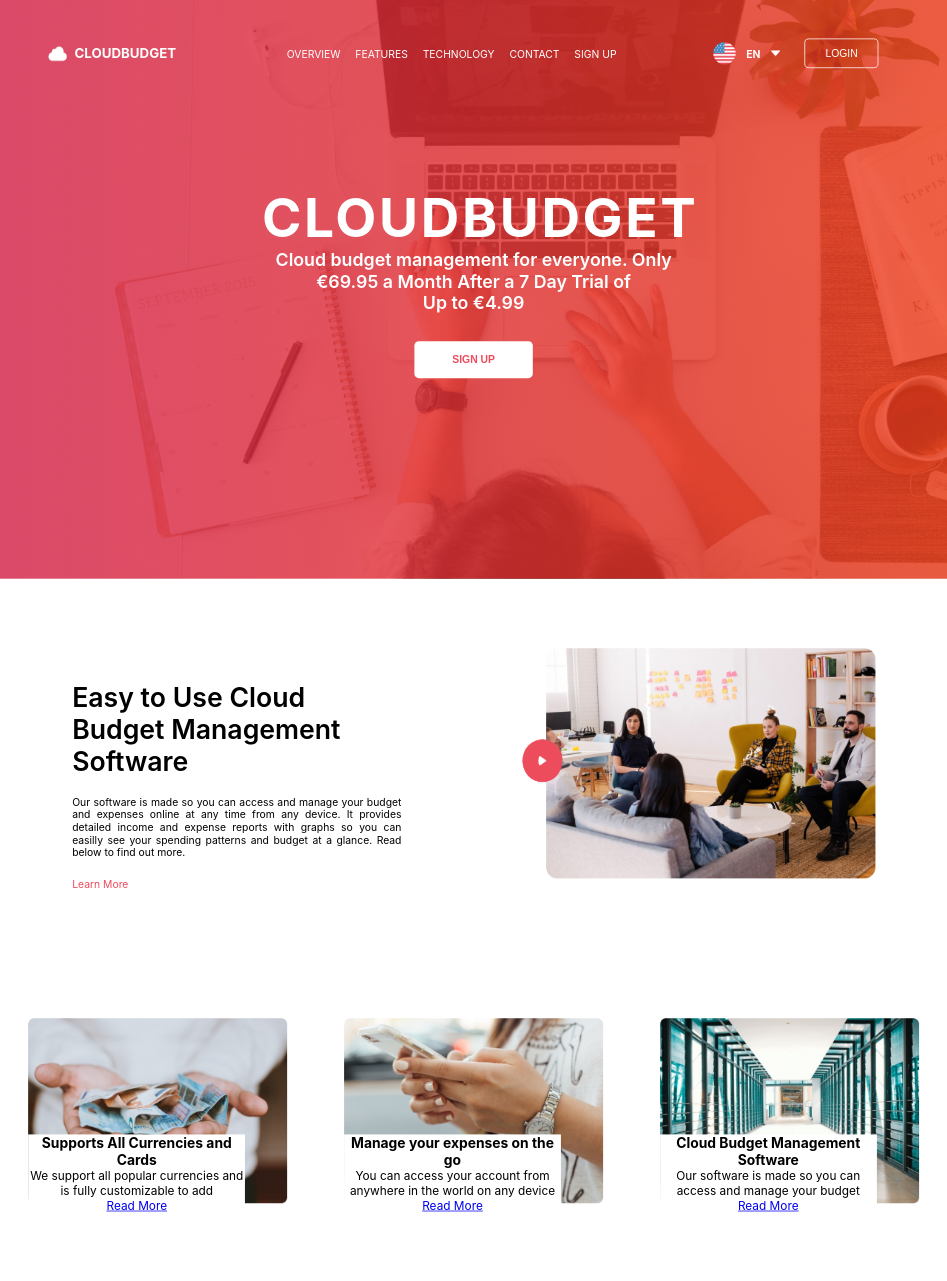
Repository: Ola-22/cloudBudget
Page: /
The author's editor kept a copy of each file at every save. The page is drawn from the files as they stood at one save, then again after the next save.
The browser window is 1280 px wide. The pictures show the whole page, at 74% of full size.
The project was rebuilt for these pictures with package versions that can differ from the ones it lists, and the page was loaded fresh each time.

Above is the page before, as saved 2021-09-13 12:42:26.

### src/App.js
import "./App.css";
import {
  Navbar,
  MainContent,
  VideoSection,
  Features,
} from "./components/component-path";

function App() {
  return (
    <div className="App">
      <div
        className="app-main"
        style={{
          backgroundImage:
            "linear-gradient(90deg, rgba(213, 32, 71, 0.8) 0%, rgba(238, 61, 27, 0.8) 100%),url(/images/bg.png)",
          height: "782px",
        }}
      >
        <Navbar />
        <MainContent />
      </div>
      <VideoSection />
      <Features />
    </div>
  );
}

export default App;

### src/App.css
*{
  margin: 0;
  padding: 0;
  box-sizing: border-box;
}

.app-main{
  /* height: 782px; */
  background-position: center;
  background-repeat: no-repeat;
  background-size: cover;
  position: relative;
}

### src/Components/component-path.js
export { default as Navbar } from "./Navbar";
export { default as MainContent } from "./MainContent";
export { default as VideoSection } from "./VideoSection";
export { default as Features } from "./Features";

### src/Components/Navbar/index.jsx
import "./style.scss";
import { Link, BrowserRouter as Router } from "react-router-dom";

function Navbar() {
  return (
    <div className="nav-main">
      <div className="nav-box">
        <img src="/images/Vector.png" alt="" />
        <h3>CLOUDBUDGET</h3>
      </div>
      <Router>
        <nav>
          <Link to="/">overview</Link>
          <Link to="/">features</Link>
          <Link to="/">technology</Link>
          <Link to="/">contact</Link>
          <Link to="/">sign up</Link>
        </nav>
      </Router>
      <div style={{ display: "flex", cursor: "pointer" }}>
        <div className="flag-box">
          <img src="/images/flag.png" alt="" />
          <h4>EN</h4>
          <img src="/images/vector2.png" alt="" />
        </div>
        <button>Login</button>
      </div>
    </div>
  );
}

export default Navbar;

### src/Components/MainContent/index.jsx
import "./style.css";

export default function MainContent() {
  return (
    <div className="main-content">
      <h1>CloudBudget</h1>
      <p>
        Cloud budget management for everyone. Only €69.95 a Month After a 7 Day
        Trial of
        <br /> Up to €4.99
      </p>
      <button>sign up</button>
    </div>
  );
}

### src/Components/VideoSection/index.jsx
import "./style.scss";

export default function VideoSection() {
  return (
    <div className="videoMain">
      <div className="video-content">
        <h2>Easy to Use Cloud Budget Management Software</h2>
        <p>
          Our software is made so you can access and manage your budget and
          expenses online at any time from any device. It provides detailed
          income and expense reports with graphs so you can easilly see your
          spending patterns and budget at a glance. Read below to find out more.
        </p>
        <a href="#">Learn More</a>
      </div>
      <div>
        <img src="/images/play.png" alt="" />
        <img src="/images/Video_bg.png" alt="" />
      </div>
    </div>
  );
}

### src/Components/Features/index.jsx
import FeaturesCard from "./FeaturesCard";

export default function Features() {
  return (
    <div style={{ display: "flex", justifyContent: "space-around" }}>
      <FeaturesCard
        src="/images/features1.png"
        title="Supports All Currencies and Cards"
        paragraph="We support all popular currencies and is fully customizable to add"
        readmore="Read More"
      />
      <FeaturesCard
        src="/images/features2.png"
        title="Manage your expenses on the go"
        paragraph="You can access your account from anywhere in the world on any device"
        readmore="Read More"
      />
      <FeaturesCard
        src="/images/features3.png"
        title="Cloud Budget Management Software"
        paragraph="Our software is made so you can access and manage your budget"
        readmore="Read More"
      />
    </div>
  );
}

### src/Components/Navbar/style.scss
@import "../../styles/variables.scss";

.nav-main{
  display: flex;
  align-items: center;
  justify-content: space-around;
  padding-top: 52px;
  & >nav{
    display: flex;
    & >a {
      margin-left: 20px;
      text-transform: uppercase;
      color: $whiteColor;
      font-size: 14px;
      text-decoration: none;
    }
  }

  & button{
    width: 100px;
    height: 40px;
    background-color: transparent;
    border-radius: 6px;
    border: 1px solid $whiteColor;
    font-size: 14px;
    text-transform: uppercase;
    color: $whiteColor;
    margin-inline-start: 28.81px;
    margin-inline-end: 28px;
  }
}

.nav-box{
  display: flex;
  // margin-left: 5%;
  & > h3{
    font-size: 18px;
    margin-left: 9.9px;
    color: white;
  }
}

.flag-box{
  display: flex;
  align-items: center;
  width: 96px;
  & > h4{
    font-size: 14px;
    color: $whiteColor;
    margin-inline-start: 13.81px;
    margin-inline-end: 13.81px;
  }
}

### src/Components/MainContent/style.css
.main-content {
  display: -webkit-box;
  display: -ms-flexbox;
  display: flex;
  -webkit-box-align: center;
      -ms-flex-align: center;
          align-items: center;
  -webkit-box-orient: vertical;
  -webkit-box-direction: normal;
      -ms-flex-direction: column;
          flex-direction: column;
  color: #ffffff;
  margin-top: 158px;
}

.main-content > h1 {
  font-size: 72px;
  text-transform: uppercase;
  margin-left: 18px;
  letter-spacing: 0.05em;
}

.main-content > p {
  font-size: 24px;
  width: 540px;
  height: 124px;
  font-weight: 600;
  overflow-wrap: break-word;
  text-align: center;
  margin: 0;
}

.main-content > button {
  background-color: #ffffff;
  border-radius: 6px;
  width: 160px;
  height: 50px;
  font-size: 14px;
  text-transform: uppercase;
  color: #ED4C5C;
  border: none;
  font-weight: 600;
  cursor: pointer;
}
/*# sourceMappingURL=style.css.map */

### src/Components/VideoSection/style.scss
@import "../../styles/variables.scss";

.videoMain{
  display: flex;
  justify-content: space-around;
  margin-top: 94px;
  height: 500px;

  & > div:last-of-type{
    position: relative;
    & img:first-of-type{
      border: 1px solid $btnColor;
      background-color: $btnColor;
      border-radius: 50%;
      padding: 20px;
      // width: 18px;
      position: absolute;
      margin-top: 123px;
      left: -32px;
    }
  }
}

.video-content{
  width: 445px;
  & > h2{
    font-size: 36px;
    line-height: 43px;
    margin-top: 46px;
    font-weight: 600;
  }
  & > p{
    font-size: 14px;
    text-align: justify;
    margin: 24px 0;
  }
  & > a{
    color: $btnColor;
    font-size: 14px;
    text-decoration: none;
  }
}

### src/Components/Features/FeaturesCard/index.js
import "./style.scss";

export default function FeaturesCard({ src, title, paragraph, readmore }) {
  return (
    <div className="features-card">
      <img src={src} alt="" />
      <div>
        <h3>{title}</h3>
        <p>{paragraph}</p>
        <a href="#">{readmore}</a>
      </div>
    </div>
  );
}

### src/styles/variables.scss
$whiteColor: #ffffff;
$blackColor: #000000;
$orangeColor: #EE3D1B;
$pinkColor: #D52047;
$btnColor: #ED4C5C;

### src/Components/Features/FeaturesCard/style.scss
@import "../../../styles/variables.scss";


.features-card{
  position: relative;
  text-align: center;
  // display: flex;
  & > div{
    background-color: $whiteColor;
    position: absolute;
    top: 157px;
    width: 293px;
    height: 198px;

  }
}

Loaded but not shown: public/index.html (common file); src/index.js (common file); src/index.css (common file); src/reportWebVitals.js (common file)

After the next save:
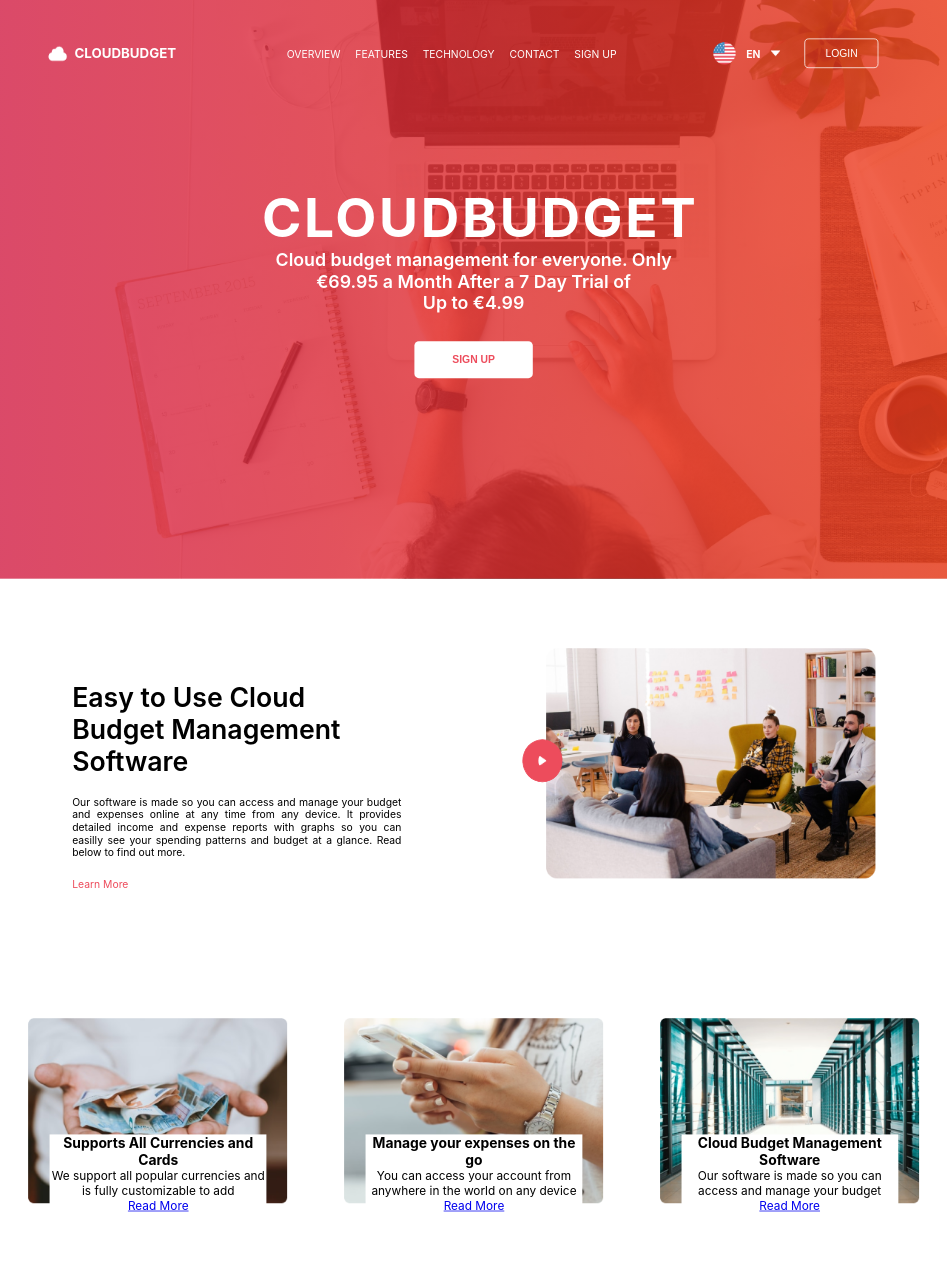
Saved 16 s later.
--- a/src/Components/Features/FeaturesCard/style.scss
+++ b/src/Components/Features/FeaturesCard/style.scss
@@ -11,6 +11,6 @@
     top: 157px;
     width: 293px;
     height: 198px;
-
+    left: 29px;
   }
 }
